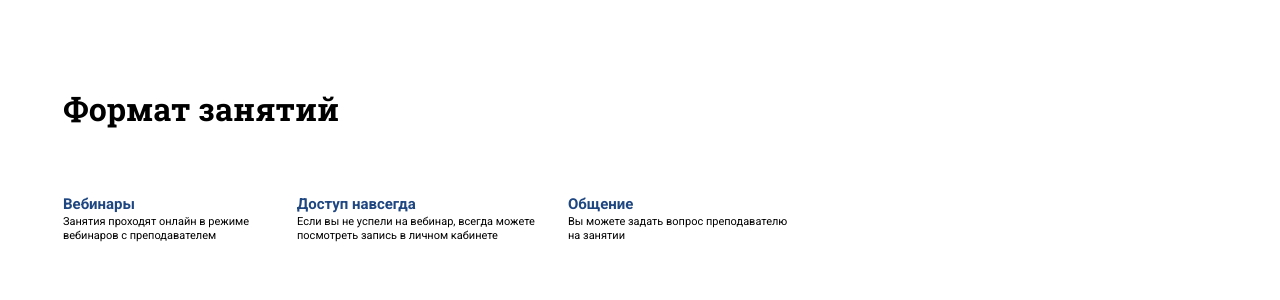
Repository: PoladEziz/Task-4
Page: index.html
These files come from the project's save history. The page is drawn as it stood at one moment and after a run of saves; the edit follows.
The browser window is 1280 px wide. The pictures show the whole page.

Above is the page before, as saved 2023-05-09 17:22:29.

After the next 2 saves:
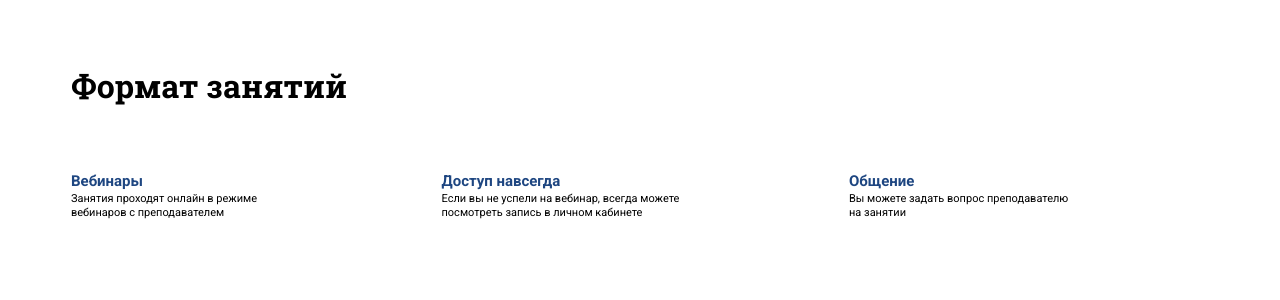
The 2 saves are shown as one change because they came seconds apart.
The last was saved 20 s later.
--- a/index.css
+++ b/index.css
@@ -88,9 +88,11 @@
   .main {
     display: flex;
     flex-direction: column;
-    padding-left: 63px;
+    /* padding-left: 63px;
     padding-top: 93px;
-    padding-right: 480px;
+    padding-right: 480px; */
+    padding: 70px 199px 127px 71px;
+
   }
 
 /* .page-1{
